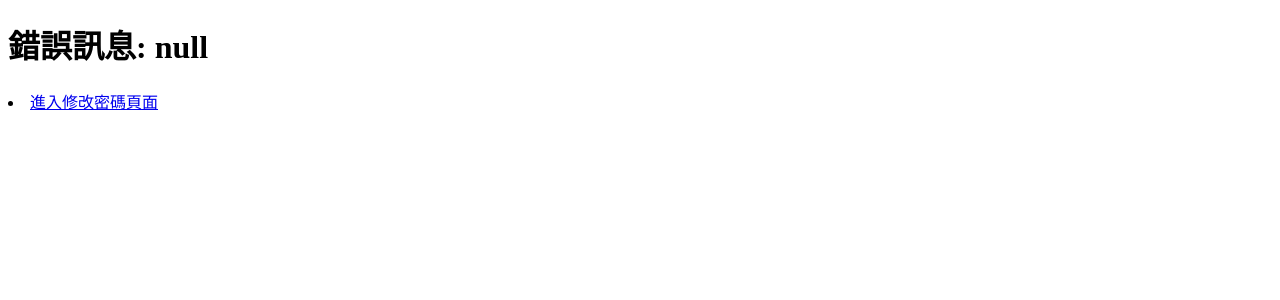
Repository: Jane708/Lab
Page: http://localhost/javaweb/bmi
These files come from the project's save history. The page is drawn as it stood at one moment and after the next save; the edit follows.
The browser window is 1280 px wide. The pictures show the whole page.
The page is served by Tomcat 10.

Above is the page before, as saved 2024-10-31 12:11:09.

After the next save:
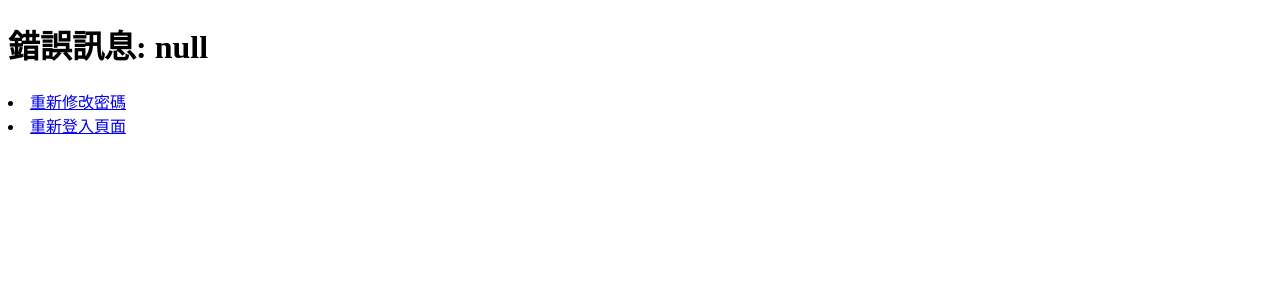
Saved 46 s later.
--- a/javaweb/src/main/webapp/WEB-INF/view/error.jsp
+++ b/javaweb/src/main/webapp/WEB-INF/view/error.jsp
@@ -11,7 +11,10 @@
 			錯誤訊息: <%=request.getAttribute("message") %>
 		</h1>
 		 <li class="pure-menu-item">
-		    <a href="/javaweb/user/update/password" class="pure-menu-link">進入修改密碼頁面</a>
+		    <a href="/javaweb/user/update/password" class="pure-menu-link">重新修改密碼</a>
+		 </li>
+		 <li class="pure-menu-item">
+		    <a href="/javaweb/user/update/password" class="pure-menu-link">重新登入頁面</a>
 		 </li>
 
 	</body>
